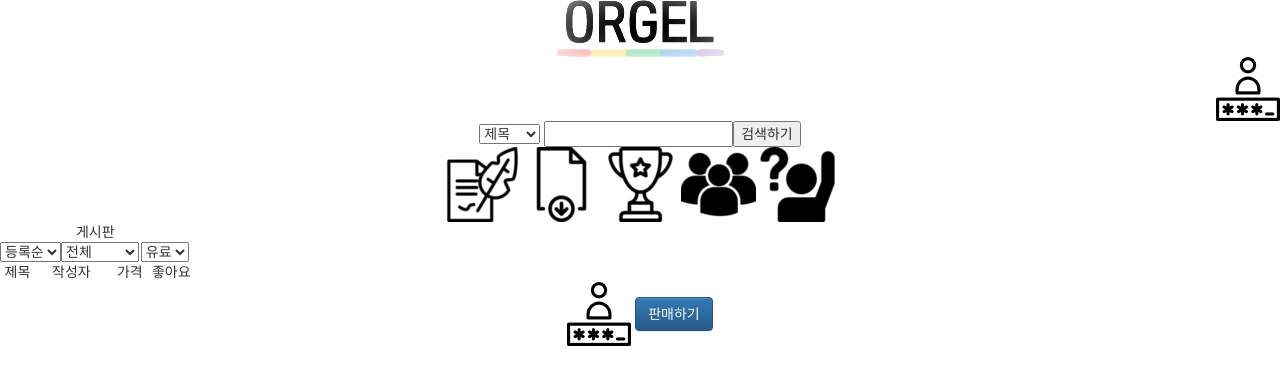
Repository: 2018YoungJinCollege-Com-3WDJ-3Group/WebCode
Page: http://localhost/sellboard
The author's editor kept a record of every edit. The page is drawn from the files as they stood at one moment, then again after the next edit.
The browser window is 1280 px wide. The pictures show the whole page.
The page is served by the project's Laravel application, run on PHP 8.4 with Laravel 8. Other server files are loaded and not shown. Queries for data that is not in the repository find no rows.

Above is the page before.
Console error (its wording comes from the project's code and is left out).

### 20180326/project/routes/web.php
<?php

/*
|--------------------------------------------------------------------------
| Web Routes
|--------------------------------------------------------------------------
|
| Here is where you can register web routes for your application. These
| routes are loaded by the RouteServiceProvider within a group which
| contains the "web" middleware group. Now create something great!
|
*/
//개인적으로 쓰이는 test파일 경로
Route::get('minsuk',function(){
   return view('minsuk');
});



Route::get('/test',function(){
    return view('test');
});
//사이트 접속시 첫 페이지
Route::get('/', function (){
    return view('project');
});

//mobile게시판 라우트
Route::resource('Msellboard','MoblieSellBoardController');
//게시판라우트
Route::resource('sellboard','SellBoardController');
//게시판 검색 라우트
Route::get('sellboard/search','SellBoardController@search')->name('sellboard.search');

//메인페이지 라우트
Route::resource('main','MainController');
//메인페이지 외부악보 라우트
Route::post('main/transfer','MainController@transfer')->name('upload');



//로그인 계정 관리
Route::get('login','Auth\LoginController@getLogin')->name('getLogin');
Route::post('login','Auth\LoginController@postlogin')->name('postLogin');
Route::get('logout','Auth\LoginController@getLogout')->name('getLogout');
Route::get('register','Auth\RegisterController@getRegister')->name('getRegister');
Route::post('register','Auth\RegisterController@postRegister')->name('postRegister');
//Route::post('duplication','Auth\RegisterController@namecheck')->name('duplication');

//패스워드 초기화 링크 요청 routes..
Route::get('password/email','Auth\ResetPasswordController@getEmail')->name('getEmail');
Route::post('password/email','Auth\ResetPasswordController@postEmail')->name('postEmail');
//패스워드 초기화
Route::get('password/reset/{token}','Auth\ResetPasswordController@getReset')->name('getReset');
Route::post('password/reset','Auth\ResetPasswordController@postReset')->name('postReset');
//마이 악보 페이지 보여주기
Route::get('score','PersonalController@getScore')->name('getScore');

### 20180326/project/app/Http/Controllers/SellBoardController.php
<?php

namespace App\Http\Controllers;
use DB;
use Illuminate\Http\Request;
use App\Sellboard;
use Illuminate\Support\Facades\Input;
use Illuminate\Support\Facades\Validator;
class SellBoardController extends Controller
{
    /**
     * Display a listing of the resource.
     *
     * @return \Illuminate\Http\Response
     */
    public function index()
    {
        //전체 출력
        //$posts=Sellboard::all();
        //페이지 네이션
        $posts=Sellboard::orderby('created_at','desc')->paginate('5');
        return view('sellboard.index',compact('posts'));
    }

    /**
     * Show the form for creating a new resource.
     *
     * @return \Illuminate\Http\Response
     */
    public function create()
    {
        //
        return view('sellboard.create');
    }

    /**
     * Store a newly created resource in storage.
     *
     * @param  \Illuminate\Http\Request  $request
     * @return \Illuminate\Http\Response
     */
    public function store(Request $request)
    {
        //
        $validator=Validator::make($data=Input::all(),Sellboard::$rules);

        if($validator->fails())
        {
            return redirect()->back()->withErrors($validator->errors())->withInput();
        }

        $post=new Sellboard();
        $post->seller=session()->get('user_name');
        $select_val=$request->get('category');
        switch ($select_val) {

            case "1":
                // code...
                $post->category="클래식";
                break;
            case "2":
                // code...
                $post->category="뉴에이지";
                break;
            case "3":
                // code...
                $post->category="팝/가요";
                break;
            case "4":
                // code...
                $post->category="CCM";
                break;
            case "5":
                // code...
                $post->category="게임/애니";
                break;
            case "6":
                // code...
                $post->category="편곡";
                break;
            case "7":
                // code...
                $post->category="자작";
                break;

            default:
                // code...
                $post->category="기타";
                break;
        }
        $post->title=Input::get('title');
        $post->price=(Int)Input::get('price');
        $post->body=Input::get('body');
        if(Input::hasFile('score'))
        {
            $score=Input::file('score');
            $newFileName=time().'_'.$score->getClientOriginalName();
            $score->move(storage_path().'/file/',$newFileName);
            $post->score=$newFileName;
        }
        else
        {
            $post->scorenum='0';
        }
        $post->save();

        return redirect()->route('sellboard.index');

    }

    /**
     * Display the specified resource.
     *
     * @param  int  $id
     * @return \Illuminate\Http\Response
     */
    public function show($id)
    {
        //
        $post=sellboard::find($id);
        if($post==null)
        return view('sellboard.index');
        else
        return view('sellboard.show',compact('post'));
    }

    /**
     * Show the form for editing the specified resource.
     *
     * @param  int  $id
     * @return \Illuminate\Http\Response
     */
    public function edit($id)
    {
        //
        $post=Sellboard::findOrFail($id);
        return view('sellboard.edit',compact('post'));
    }

    /**
     * Update the specified resource in storage.
     *
     * @param  \Illuminate\Http\Request  $request
     * @param  int  $id
     * @return \Illuminate\Http\Response
     */
    public function update(Request $request, $id)
    {
        //
        $post=Sellboard::findOrFail($id);
        //바꾸어 줄 데이터 받아서 DB에 update
        $post->title=Input::get('title');
        $post->price=(Int)Input::get('price');
        $post->body=Input::get('body');

        //DB저장
        $post->save();
        return redirect()->route('sellboard.index');

    }

    /**
     * Remove the specified resource from storage.
     *
     * @param  int  $id
     * @return \Illuminate\Http\Response
     */
    public function destroy($id)
    {
        //
        Sellboard::destroy($id);
        return redirect()->route('sellboard.index');

    }
    public function search(Request $request){
        $temp=$request->get('search_tag');

        return $request->all();
    }





}

### 20180326/project/app/Sellboard.php
<?php

namespace App;

use Illuminate\Database\Eloquent\Model;

class sellboard extends Model
{
    protected $primaryKey  = 'num';
    protected $table='sellboard';

    //
    public static $rules=[
        'title'=>'required',
        'body'=>'required',
        'price'=>'Integer'
    ];

}

### 20180326/project/resources/views/sellboard/index.blade.php
@extends('layouts.master')
@section('content')
    <!--악보 판매게시판-->
    <div>
        <table style="text-align: center" >
            <tr>
                <td colspan="12" style="text-align: center">게시판</td>
            </tr>
            <tr>
                <td colspan="4">
                    <select>
                        <option value="">등록순</option>
                        <option value="">조회순</option>
                        <option value="">가격순</option>
                    </select>
                </td>
                <td colspan="4">
                    <select>
                        <option value="0">전체</option>
                        <option value="1">클래식</option>
                        <option value="2">뉴에이지</option>
                        <option value="3">팝/가요</option>
                        <option value="4">CCM</option>
                        <option value="5">게임/애니</option>
                        <option value="6">편곡</option>
                        <option value="7">자작</option>
                        <option value="8">기타</option>

                    </select>
                </td>
                <td colspan="4">
                    <select >
                        <option value="1">유료</option>
                        <option value="0">무료</option>
                    </select>
                </td>
            </tr>
            <tr>
                <td colspan="3">제목</td>
                <td colspan="3">작성자</td>
                <td colspan="3">가격</td>
                <td colspan="3">좋아요</td>
                <!--게시판 내용 출력.-->
            </tr>

            @foreach($posts as $data)
            <tr>
                    <td colspan="3"><a href=#>[{{$data->category}}]</a><a href={{route("sellboard.show",$data->num)}}>{{$data->title}}</a></td>
                    <td colspan="3">{{$data->seller}}</td>
                    <td colspan="3">{{$data->price}}</td>
                    <td colspan="3">{{$data->like}}</td>
            </tr>
            @endforeach

        </table>
        @if(session()->get('is_login'))
        <a href="{{route('sellboard.create')}}" class="btn btn-primary">판매하기</a>
        @else
        <a href="{{route('getLogin')}}"><img src="/img/login_icon.png"></a>
        @endif
        <a href="{{route('sellboard.create')}}" class="btn btn-primary">판매하기</a>
    </div>
{!!$posts->render()!!}
@endsection

### 20180326/project/resources/views/layouts/master.blade.php
<!doctype html>
<html lang="{{ app()->getLocale() }}">
<head>
    <meta charset="UTF-8">

    <!--Bootstrap frame work-->
    <link rel="stylesheet" href="{!! asset('css/bootstrap.css') !!}">
    <link rel="stylesheet" href="{!! asset('css/bootstrap-theme.css') !!}">
    <script src="{{asset('js/bootstrap.js')}}"></script>

    <!--개인용 css 링크-->
    <link rel="stylesheet" href="{!! asset('css/persnoal.css?ver=2') !!}">





    <style>
        .drop-zone {
            width:200px;
            height:200px;
            text-align:center;
            background-color:gray;
            border:2px dashed black;
            border-radius:10px;
            position: relative;
            display:inline;
        }


        .content {
            text-align: center;
        }
        .user_icon{
            text-align: right;
        }
    </style>
</head>
<body>
    <script src="{{asset('js/jquery-3.3.1.js')}}"></script>
<div class="content" style="margin: auto;">
    <div style="margin: auto;">
        <a href="{{ url('/') }}"><img src="/img/logotype_icon.png"></img></a>
    </div>

    <!-- image size : 75px -->
    <div class="user_icon">
        @if(session()->get('is_login'))
        <a href="{{route('getScore')}}"><img src="/img/op_folder_icon_resized50px.png"></a>
        <a href="https://placeholder.com"><img src="/img/myInfo_icon_resized50px.png"></a>
        <a href="{{route('getLogout')}}"><img src="/img/logout_icon_resized50px.png"></a>
        @else
        <a href="{{route('getLogin')}}"><img src="/img/login_icon.png"></a>
        @endif

    </div>

    <div>
        <form method="get" action="{{route('sellboard.search')}}">
        <select name="search_tag">
                        <option value="1">제목</option>
                        <option value="2">내용</option>
                        <option value="3">저작자</option>

        </select>
        <input type="text" name="search"><input type="submit" value="검색하기">
        </form>
    </div>

    <!-- image size : 75px -->
    <div class="menu_icon">
        <a href="{{route('main.index')}}"><img src="/img/mk_score_icon_resized75px.png"></a>
        <a href="https://placeholder.com"><img src="/img/dl_file_icon_resized75px.png"></a>
        <a href="https://placeholder.com"><img src="/img/trophy_icon_resized75px.png"></a>
        <a href="{{route('sellboard.index')}}"><img src="/img/community_icon_resized75px.png"></a>
        <a href="https://placeholder.com"><img src="/img/helping_icon_resized75px.png"></a>
    </div>

    @yield('content')
</div>
</body>
</html>

### 20180326/project/public/css/persnoal.css
#pianoTable{
    font-size: 7pt;
    width : 26px;

    vertical-align: middle;

}

#theadOfPianoTable>th{
    background-image: url("../img/cell_head.png");
    background-size: 25;
    text-align: center;

}

.cell-piano{
    text-align: center;
    background-color: white;
    background-image: url("../img/cell_unput.png");
    background-size: cover;



}

.cell-piano:hover{
    background-color: green;
    background-image: url("../img/cell_input.png");

}


.cell-piano-input{
    background-image: url("../img/cell_input.png");
    background-size: cover;
}



#theadOfPianoTable th:hover{
    background-color: black;
    color: white;
}


.line-focus {
    background-color: black;
    color: white;
    background-image: url("../img/cell_play.png");
    background-size: cover;
}


.crossFocus {
    background-image: url("../img/cell_cross.png");
    background-size: cover;
    font-weight: bold;
    color: white;
}

.cell-melody{
    background-image: url("../img/cell_melody.png");
    background-size: cover;
}

.tempImage{
    content: url("../img/mk_score_icon.png");
    width:25px;
    height:25px;
    display:inline;
}

#scoreInfo{
    text-align:left;
    margin-top:50px;
    margin-bottom:30px;
    border:solid;
}

#scoreInfo>*{

    margin-bottom:5px;
}

Loaded but not shown: 20180326/project/app/Http/Controllers/Controller.php (common file); 20180326/project/public/css/bootstrap.css (library); 20180326/project/public/css/bootstrap-theme.css (library); 20180326/project/public/js/bootstrap.js (library); 20180326/project/public/js/jquery-3.3.1.js (library)

After the next edit:
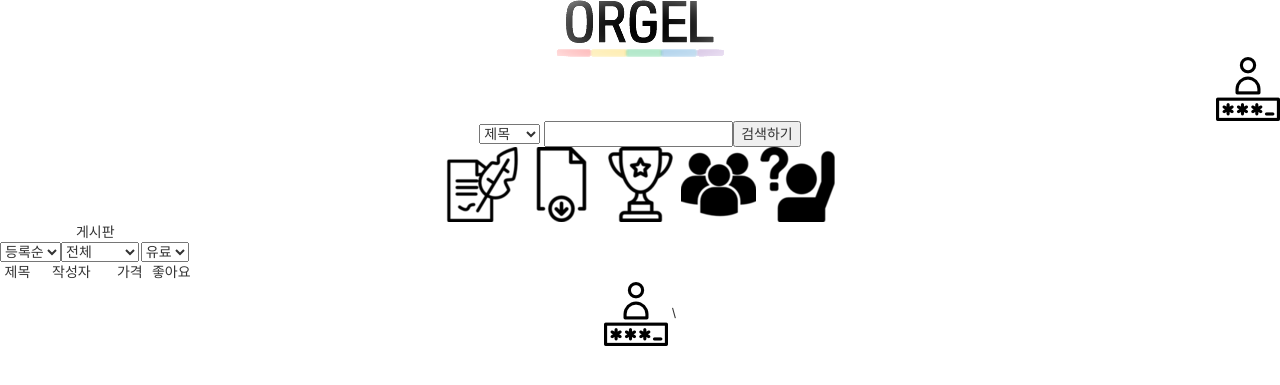
The edit:
--- a/20180326/project/resources/views/sellboard/index.blade.php
+++ b/20180326/project/resources/views/sellboard/index.blade.php
@@ -58,7 +58,7 @@
         @else
         <a href="{{route('getLogin')}}"><img src="/img/login_icon.png"></a>
         @endif
-        <a href="{{route('sellboard.create')}}" class="btn btn-primary">판매하기</a>
+        \
     </div>
 {!!$posts->render()!!}
 @endsection
